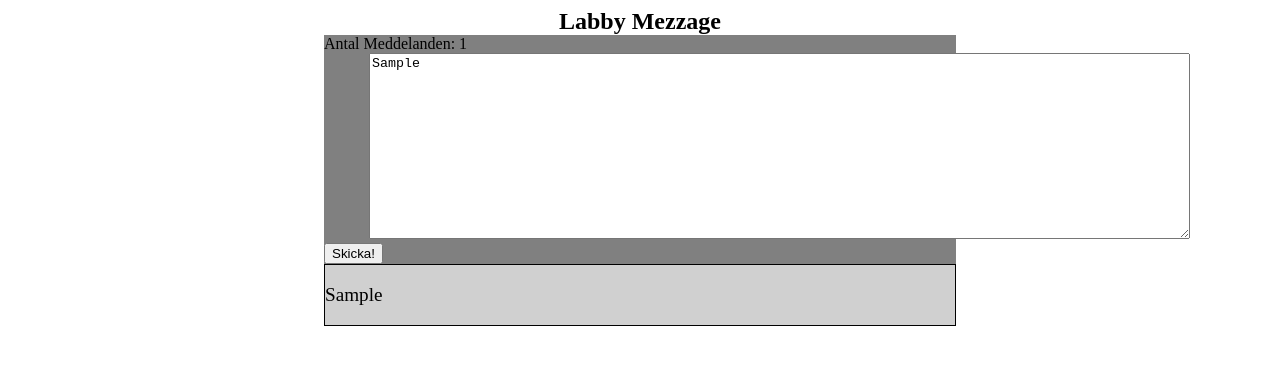
Repository: ao222qc/1dv403-laborationer
Page: 2-labbymezzage/Index.html
The author's editor kept a record of every edit. The page is drawn from the files as they stood at one moment, then again after the next edit.
The browser window is 1280 px wide. The pictures show the whole page.
Empty fields were first filled with sample values (such as "Sample", 5 or name@example.com).
After loading, the first visible `#button` was clicked once.

Above is the page before.
Console error: TypeError: Cannot read properties of undefined (reading 'getHours')

After the next edit:
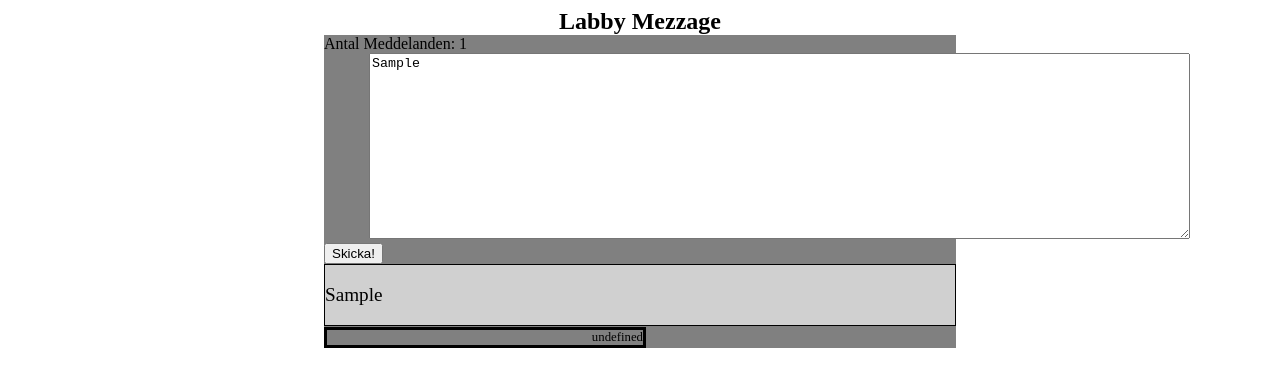
The error is gone.
The edit:
--- a/2-labbymezzage/Message.js
+++ b/2-labbymezzage/Message.js
@@ -25,8 +25,9 @@
 };
 Message.prototype.getDateText = function(){
 
-    var date = this.getDate();
 
-    return this.date.getHours();
+
+
+
 
 };
